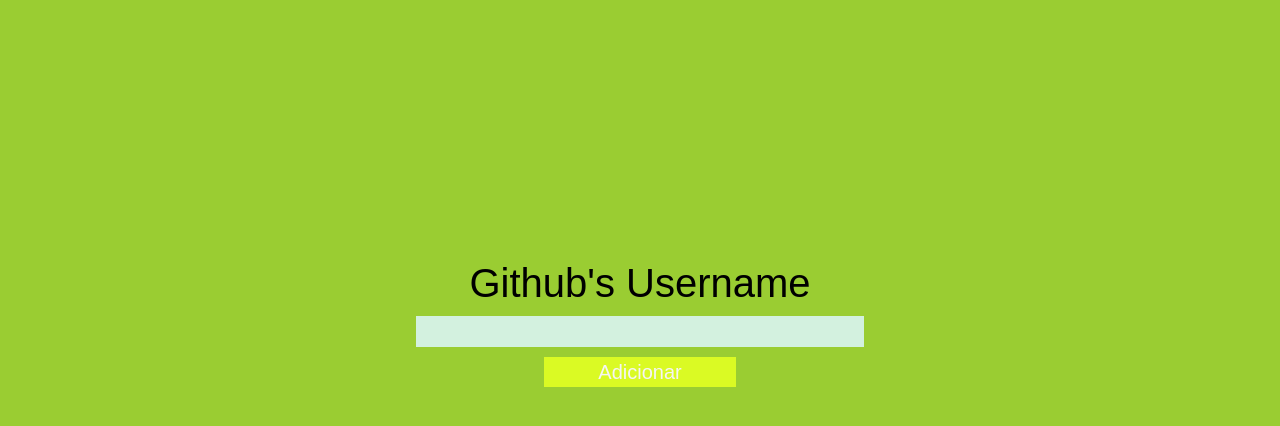
Repository: Orifiel/teste
Page: desafioMod4/desafioJavascritpt0402.html
These files come from the project's save history. The page is drawn as it stood at one moment and after the next save; the edit follows.
The browser window is 1280 px wide. The pictures show the whole page.
Some web fonts or font styles are not loaded; a fallback is used.

Above is the page before, as saved 2020-08-24 12:04:20.

### desafioMod4/desafioJavascritpt0402.html
<!DOCTYPE html>
<html lang="en">
<head>
    <meta charset="UTF-8">
    <meta name="viewport" content="width=device-width, initial-scale=1.0">
    <title>Document</title>
</head>
<style>
    @import url('https://fonts.googleapis.com/css2?family=Do+Hyeon&display=swap');
    *{
        padding: 0;
        margin: 0;
        box-sizing: border-box;
    }
    body{
        background: yellowgreen;
    }
   .container {
        display: flex;
        flex-direction: column;
        width: 70vw;
        height: 90vh;
        justify-content: center;
        align-items: center;
        margin: 0 auto;
    }
    label{
        font-size: 2.5rem;
        font-family: 'Do Hyeon', sans-serif;
    }
    input {

        outline: none;
        width: 50%;
        padding: 8px 14px;
        border: none;
        background: rgb(211, 241, 223);
        color: rgb(3, 73, 47);
        font-family: Verdana, Geneva, Tahoma, sans-serif;
        font-weight: 700;
        text-align: center;
        margin: 10px auto;
    }

    button {
        width: 12rem;
        height: 30px;
        background: rgb(218, 250, 36);
        border: none;
        font-family: 'Do Hyeon', sans-serif;
        font-size: 20px;
        color: whitesmoke;
    }


</style>
<body>
    <div class="container">
        <label for="username">Github's Username</label>
        <input type="text" name="username" id="username">
        <button onclick=''>Adicionar</button>
    </div>
 <script src="./desafioJavascritpt0402.js"></script>
</body>
</html>

### desafioMod4/desafioJavascritpt0402.js
/**
 * 2º exercício
Crie uma tela com um <input> que deve receber o nome de um usuário no Github. Após digitar o
nome do usuário e clicar no botão buscar a aplicação deve buscar pela API do Github (conforme
URL abaixo) os dados de repositórios do usuário e mostrá-los em tela:
URL de exemplo: https://api.github.com/users/diego3g/repos
Basta alterar "diego3g" pelo nome do usuário.
<input type="text" name="user">
<button onclick="">Adicionar</button>
Depois de preencher o input e adicionar, a seguinte lista deve aparecer abaixo:
<ul>
 <li>repo1</li>
 <li>repo2</li>
 <li>repo3</li>
 <li>repo4</li>
 <li>repo5</li>
</ul>

 */

After the next save:
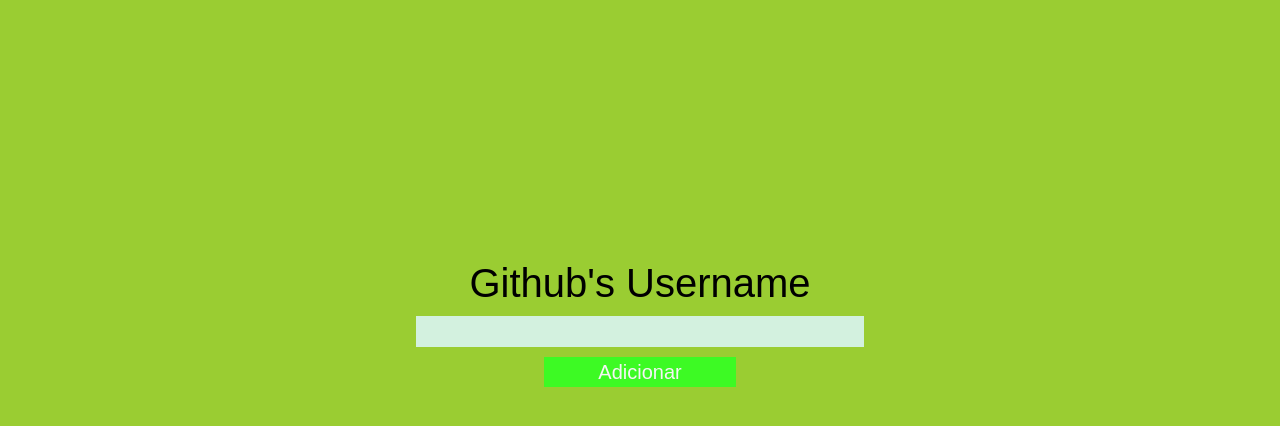
Saved 11 s later.
--- a/desafioMod4/desafioJavascritpt0402.html
+++ b/desafioMod4/desafioJavascritpt0402.html
@@ -45,7 +45,7 @@
     button {
         width: 12rem;
         height: 30px;
-        background: rgb(218, 250, 36);
+        background: rgb(61, 250, 36);
         border: none;
         font-family: 'Do Hyeon', sans-serif;
         font-size: 20px;

After the save that followed:
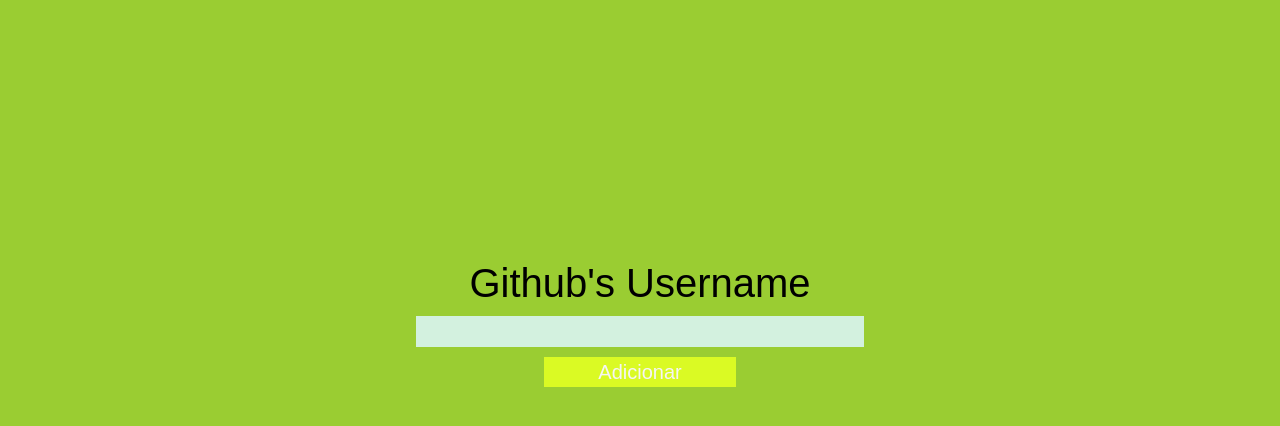
Saved 17 s later.
--- a/desafioMod4/desafioJavascritpt0402.html
+++ b/desafioMod4/desafioJavascritpt0402.html
@@ -45,7 +45,7 @@
     button {
         width: 12rem;
         height: 30px;
-        background: rgb(61, 250, 36);
+        background: rgb(218, 250, 36);
         border: none;
         font-family: 'Do Hyeon', sans-serif;
         font-size: 20px;
